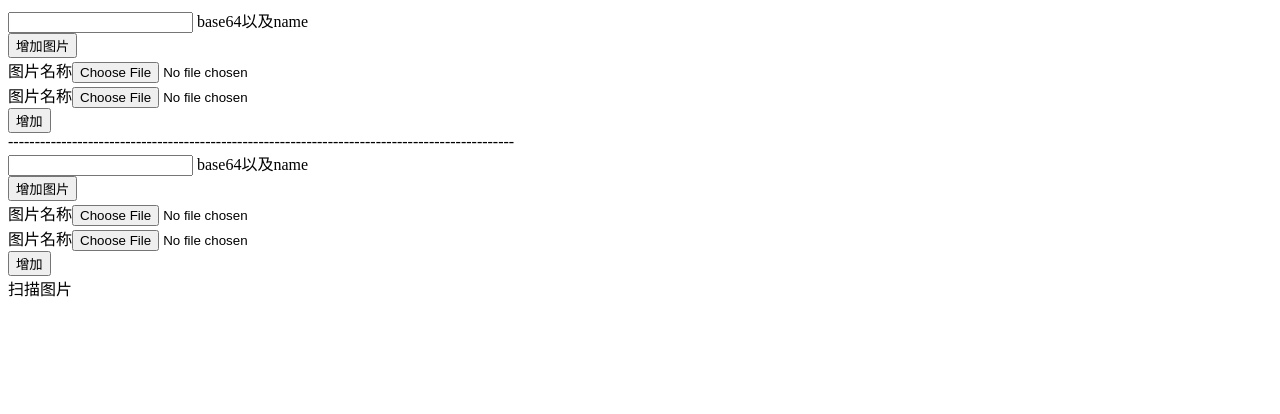
Repository: xoadoCompany/xoado
Page: http://localhost/xoado-cloud/
An editor plug-in stored every save of this project. The page is shown before and after the next save, followed by the edit.
The browser window is 1280 px wide. The pictures show the whole page.
The page is served by Tomcat 9. Nobody is signed in. The application's start-up code is not run. Other server files are loaded and not shown.

Above is the page before, as saved 2018-08-30 06:57:11.

### xoado/xoado-cloud/src/main/webapp/index.jsp
<%@ page language="java" contentType="text/html; charset=utf-8"
    pageEncoding="utf-8"%>
<!DOCTYPE html PUBLIC "-//W3C//DTD HTML 4.01 Transitional//EN" "http://www.w3.org/TR/html4/loose.dtd">
<html>
<head>
<meta http-equiv="Content-Type" content="text/html; charset=utf-8">
<title>Insert title here</title>
</head>
<body>
<form action="/files/filesbase64" method="post" enctype="multipart/form-data">
		<input type="text" name="base64text">   base64以及name<br>
		<input type="submit" value="增加图片">
	</form>
	<form action="/files/" method="post" enctype="multipart/form-data">
		图片名称<input type="file" name="attachmentpicture"><br>
		图片名称<input type="file" name="attachmentpicture"><br>
		<input type="submit" value="增加">
	</form>
	-----------------------------------------------------------------------------------------------
	<form action="files/filesbase64" method="post" enctype="multipart/form-data">
		<input type="text" name="base64text">   base64以及name<br>
		<input type="submit" value="增加图片">
	</form>
	<form action="files/" method="post" enctype="multipart/form-data">
		图片名称<input type="file" name="attachmentpicture"><br>
		图片名称<input type="file" name="attachmentpicture"><br>
		<input type="submit" value="增加">
	</form>
	扫描图片

</body>
</html>

After the next save:
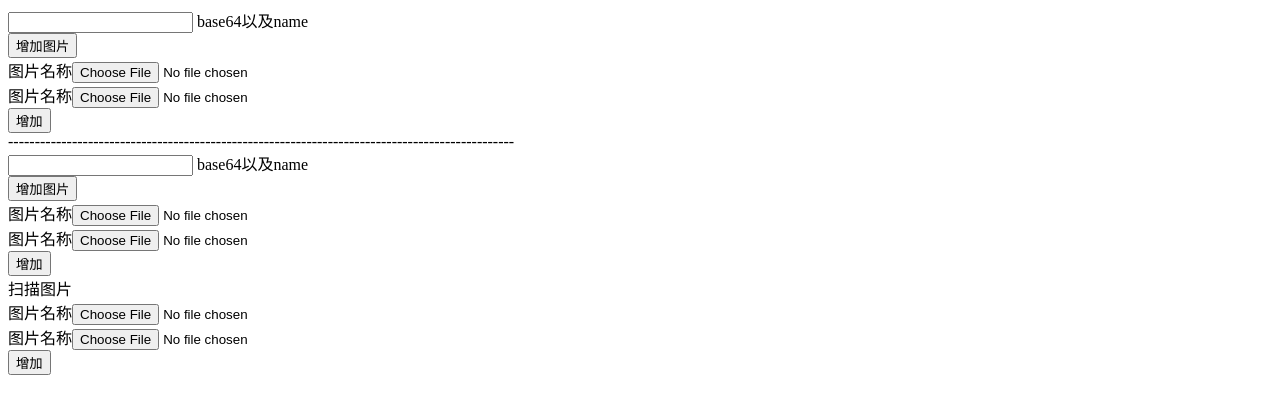
Saved 24 s later.
--- a/xoado/xoado-cloud/src/main/webapp/index.jsp
+++ b/xoado/xoado-cloud/src/main/webapp/index.jsp
@@ -27,6 +27,11 @@
 		<input type="submit" value="增加">
 	</form>
 	扫描图片
+		<form action="/tools/scanner" method="post" enctype="multipart/form-data">
+		图片名称<input type="file" name="attachmentpicture"><br>
+		图片名称<input type="file" name="attachmentpicture"><br>
+		<input type="submit" value="增加">
+	</form>
 
 </body>
 </html>
